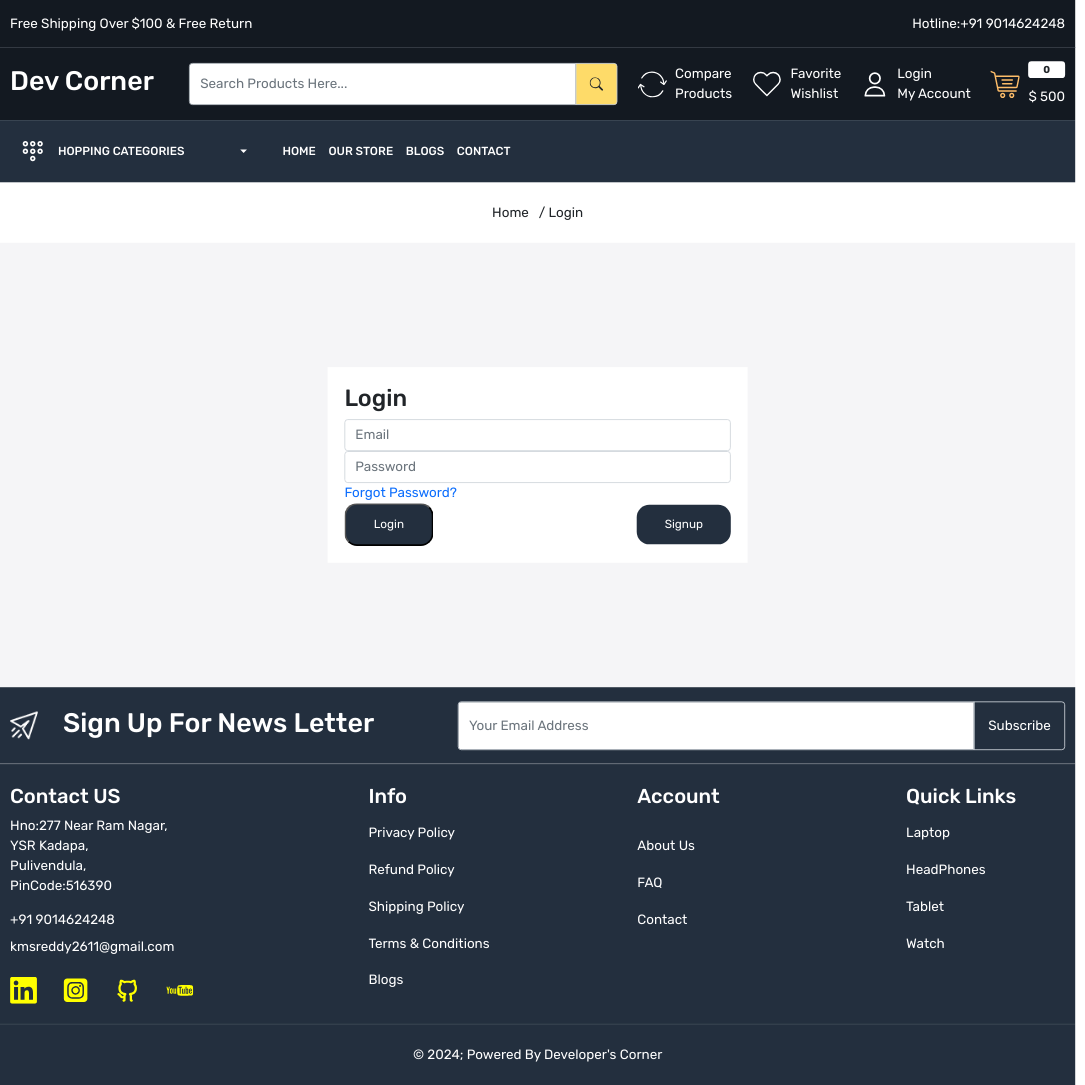
Repository: maniheist/ecommerce-app
Page: /login
The author's editor kept a copy of each file at every save. The page is drawn from the files as they stood at one save, then again after the next save.
The browser window is 1280 px wide. The page is 1292 px wide, so the pictures cover 1292 px, including what lies to the right of the window. The pictures show the whole page, at 84% of full size.
The project was rebuilt for these pictures with package versions that can differ from the ones it lists, and the page was loaded fresh each time. Also part of the build but not shown: src/components/BlogCard.js, src/components/ProductCard.js, src/components/SpecialProduct.js, src/pages/Home.js, src/pages/About.js, src/pages/Contact.js, src/components/Color.js, src/pages/OurStore.js and 3 more.

Above is the page before, as saved 2024-02-20 15:15:54.

### public/index.html
<!DOCTYPE html>
<html lang="en">
  <head>
    <meta charset="utf-8" />
    <link rel="icon" href="%PUBLIC_URL%/favicon.ico" />
    <meta name="viewport" content="width=device-width, initial-scale=1" />
    <meta name="theme-color" content="#000000" />
    <meta
      name="description"
      content="Web site created using create-react-app"
    />
    <link rel="apple-touch-icon" href="%PUBLIC_URL%/logo192.png" />

    <link rel="preconnect" href="https://fonts.googleapis.com" />
    <link rel="preconnect" href="https://fonts.gstatic.com" crossorigin />
    <link
      href="https://fonts.googleapis.com/css2?family=Rubik:ital,wght@0,300..900;1,300..900&display=swap"
      rel="stylesheet"
    />
    <link
      href="https://cdn.jsdelivr.net/npm/bootstrap@5.0.2/dist/css/bootstrap.min.css"
      rel="stylesheet"
      integrity="sha384-EVSTQN3/azprG1Anm3QDgpJLIm9Nao0Yz1ztcQTwFspd3yD65VohhpuuCOmLASjC"
      crossorigin="anonymous"
    />
    <link rel="manifest" href="%PUBLIC_URL%/manifest.json" />

    <title>React Redux App</title>
  </head>
  <body>
    <noscript>You need to enable JavaScript to run this app.</noscript>
    <div id="root"></div>
    <script
      src="https://cdn.jsdelivr.net/npm/bootstrap@5.0.2/dist/js/bootstrap.bundle.min.js"
      integrity="sha384-MrcW6ZMFYlzcLA8Nl+NtUVF0sA7MsXsP1UyJoMp4YLEuNSfAP+JcXn/tWtIaxVXM"
      crossorigin="anonymous"
    ></script>
  </body>
</html>

### src/index.js
import React from 'react';
import { createRoot } from 'react-dom/client';

import App from './App';

const container = document.getElementById('root');
const root = createRoot(container);

root.render(

      <App />

);

### src/App.js
import React from 'react';
import './App.css';
import {BrowserRouter,Routes,Route} from "react-router-dom";
import Layout from "./components/Layout";
import Home from "./pages/Home"
import About from "./pages/About"
import Contact from "./pages/Contact"
import OurStore from './pages/OurStore';
import Blog from "./pages/Blog";
import CompareProduct from './pages/CompareProduct';
import Wishlist from './pages/Wishlist';
import Login from './pages/Login';
function App() {
  return (
    <>
      <BrowserRouter>
        <Routes>
        <Route path="/" element={<Layout />}>
<Route index element={<Home />} />
<Route path="about" element={<About />}/>
<Route path="contact" element={<Contact />}/>
<Route path="store" element={<OurStore />}/>
<Route path="blogs" element={<Blog />}/>
<Route path="compare-product" element={<CompareProduct />}/>
<Route path="wishlist" element={<Wishlist />}/>
<Route path="login" element={<Login />}/>


        </Route>

        </Routes>
      </BrowserRouter>
    </>

  );
}

export default App;

### src/App.css
*{
  margin:0;
  padding:0;
  box-sizing:border-box;
}
:root{
  --color-131921:#131921;
  --color-3b4149:#3b4149;
--color-febd69:#fedb69;
--color-232f3e:#232f3e;
--color-bf4800:#bf4800;
--color-f5f5f7:#f5f5f7;
--color-ededed:#ededed;
--color-777777:#777777;
--color-1c1b1b:#1c1b1b;
--color-f2f2f2:#f2f2f2;
}

.section-heading{
  font-size: 26px;
  line-height: 32px;
  font-weight: 500;
  margin-bottom: 30px;

}
.card-wrapper{
  background-color: white;
  box-shadow: 0 0 10px #0000001a;
  padding: 15px;
}

.button{
  background-color:var(--color-232f3e) ;
  color: white;
  padding: 13px 33px;
  font-size: 14px;
  border-radius: 15px;
}
.button:hover{
  background-color: var(--color-febd69);
  color:#131921
}
body {
  font-family:"Rubik", sans-serif;
}
a {
  text-decoration:none;
  display:inline-block;
}

.form-control:focus{
  box-shadow:none;
  border-color: inherit;
}

/*header part*/
.header-top-strip{
  border-bottom: 1px solid var(--color-3b4149);
  background-color:var(--color-131921) ;
}

.header-upper{
  background-color: var(--color-131921);
}

.header-bottom{
  background-color: var(--color-232f3e);
}

.header-upper .input-group-text{
  background-color: var(--color-febd69);
}

.header-upper.header-upper-links img{
  width:35px;
  height: 35px;
}

.gap-10{
  gap: 10px;
}


.gap-15{
  gap: 15px;
}

.gap-30{
  gap: 30px;
}
.header-bottom .menu-links a,
.header-bottom .dropdown button
{
  color: white;
  font-size: 14px;
  line-height: 18px;
  font-weight: 480;
  letter-spacing:0.3;
  text-transform: uppercase;
}

.header-bottom .dropdown button:focus{
  box-shadow: none;
}

.header-bottom .dropdown-menu{
  background-color: var(--color-131921);
  width:100%;
  transform: translate3d(0px,57px,0px) !important;
}

.header-bottom .dropdown-item{
  padding:20px;
  margin-bottom: 3px;
  border-bottom: 1px solid var(--color-3b4149)
  ;

}
.header-bottom .dropdown-item:hover{
  background-color: transparent;
  color: var(--color-febd69) !important;
}
/*header part end */


/*footer part  */

footer{
  background-color: var(--color-232f3e);
}



footer:not(:first-child){
  border-top:1px solid rgba(255,255,255,0.1);

}

footer .input-group-text{
  background-color: var(--color-232f3e);
  color:white;
  padding:8px 17px;
}
/* footer part end */

/*Home page*/

.main-banner-content{
  top:15%;
  left:5%;
}

.main-banner-content h4{

  font-size: 19px;
  font-weight: 400;
  line-height: 24px;
  color:var(--color-bf4800);
  margin: 0 0 12px;
  letter-spacing: 0.3px;
  text-transform: uppercase;

}

.main-banner-content h5{
  font-size: 52px;
  font-weight: 500;
  line-height: 64px;
  letter-spacing: -2px;
  text-transform: none;

}

.main-banner-content p{
  font-size: 18px;
  line-height: 28px;
  letter-spacing: 0.4px;
  font-weight: 100;
  color: var(--color-131921);
}


.small-banner-content{
  top:25%;
  left:10%;
}

.small-banner-content h4{

  font-size: 21px;
  font-weight: 400;
  line-height: 24px;
  color:var(--color-bf4800);
  margin: 0 0 12px;
  letter-spacing: 0.3px;
  text-transform: uppercase;
}
.small-banner-content h5{
  font-size: 33px;
  font-weight: 500;
  line-height: 34px;
  letter-spacing: -2px;
  text-transform: none;

}

.small-banner-content p{
  font-size: 18px;
  line-height: 28px;
  letter-spacing: 0.4px;
  font-weight: 100;
  color: var(--color-131921);
}

.small-banner{
  width: 49%;

}


/* Home wrapper 2 */

.home-wrapper-2{
  background-color: var(--color-f5f5f7);

}

/* Home wrapper 2 ends */

/* categories section */

.categories{
  background-color: white;
  box-shadow: 0 0 10px #0000001a;
  padding: 15px;
}

.categories > div{
  width:25%;
  padding: 10px 10px 10px 20px;
}

.categories > div:nth-child(1),
.categories > div:nth-child(2),
.categories > div:nth-child(3),
.categories > div:nth-child(4){
  border-bottom: 1px solid var(--color-ededed) ;
}

.categories>div>div{
  width:60%
}

.categories > div:nth-child(1),
.categories > div:nth-child(2),
.categories > div:nth-child(3){
  border-right: 1px solid var(--color-ededed) ;
}

.categories > div:nth-child(5),
.categories > div:nth-child(6),
.categories > div:nth-child(7){
  border-right: 1px solid var(--color-ededed) ;
}
/* categories end */

/* Home Page End */


/* Blogcard */

.blog-card{
  background-color: white;
  padding:20px;
  border-radius:10px;
}

.blog-card img{
  border-top-left-radius:10px;
  border-top-right-radius:10px;
}

.blog-content{
  padding: 15px;

}

.blog-contentp.date{
  font-size: 13px;
  line-height: 24px;
  text-transform: uppercase;
  letter-spacing: 0;
  font-weight: 400;
  color: var(--color-777777);
  padding: 0;

}

.blog-content h5{
  font-size: 18px;
  color: var(--color-131921);
}


.blog-content p.desc{
  font-size: 13px;
  line-height: 22px;
  color: var(--color-777777);
}
/*Blogcard ends*/


/* product card */

.product-card{
  padding: 15px;
  background-color: white;
  border-radius: 13px;
overflow:hidden;
width: 100%;
}

.product-card .product-image{
  height: 270px;
}

.product-card .product-image img{
  object-fit: contain;
}
.product-card .product-image> img:last-child{
  display: none;
}
.product-card:hover .product-image > img:nth-child(1){
display: none;

}
.product-card:hover .product-image>img:last-child{
  display: block;


}



.product-card:hover .action-bar{
  right: 15px;

}
.product-card .product-details h6 {
  color:var(--color-bf4800);
  font-size: 13px;



}


.product-card .product-details h5{
  font-size: 15px;
  color: var(--color-1c1b1b);
}

.product-card.product-details p.price{
  font-size: 16px;
  color: var(--color-1c1b1b);
}

.product-card p.description{
  font-size: 13px;
  color: var(--color-777777);
  margin-right: 20px;
}

.action-bar{
  top: 10%;
  right:-23px;
  transition: 0.3s;
}


.wishlist-icon{
  top: 2%;
  right:15px;

}
/* product card ends */

/* special product */

.special-product-card{
  padding:20px 10px;
  border-radius: 10px;
  background-color: white;
}

.special-product-card .badge{
  background-color:#eb353b !important;
}


/* special product ends */

/* famous start */

.famous-card .famous-content{
  top: 10%;
  left: 5%;

}

.famous-card img{
  border-radius: 10px;
}

.famous-content h5{
  font-size: 13px;
  line-height: 20px;
  font-weight: 400px;
  color: white;
  margin-bottom: 7px;
  text-transform: uppercase;

}
.famous-content h6{
  font-size: 24px;
  line-height: 38px;
  font-weight: 500;
  color: white;
}
.famous-content p{
  font-size: 16px;
  line-height: 24px;
  color: white;
  font-weight: 100;
}

/* famous ends */

/* Our Store Start */

.filter-card{
  background-color: white;
  border-radius: 10px;
  padding: 15px 15px 25px;
}

.filter-title{
  font-size: 16px;
  line-height: 20px;
  font-weight: 600;
  color: var(--color-1c1b1b);
  margin-bottom: 20px;
}

.filter-card ul,
.filter-card .form-check-label {
  list-style-type:none;
  font-size: 13px;
  line-height: 30px;
  color: var(--color-777777);
  cursor: pointer;
}

.filter-card .form-check-input:focus{
  box-shadow: none;
  border-color: rgba(0,0,0,0.25);
}
.filter-card .form-check-input:checked{
background-color: var(--color-febd69);
  border-color: var(--color-febd69);

}
.sub-title{
  font-size: 40px;
  font-weight: 600;
  color: var(--color-1c1b1b);
  margin-bottom: 15px;
  margin-top: 20px;
}

.colors{
  list-style-type: none;
  display: flex;
  flex-wrap: wrap;
  gap: 10px;
}
.colors .one{
  width: 20px;
  height: 20px;
  background-color: red;
  border-radius: 50%;
}
.colors .two{
  width: 20px;
  height: 20px;
  background-color: blue;
  border-radius: 50%;
}
.colors  .three{
  width: 20px;
  height: 20px;
  background-color: yellow;
  border-radius: 50%;
}
.colors  .four{
  width: 20px;
  height: 20px;
  background-color: pink;
  border-radius: 50%;
}
.colors  .five{
  width: 20px;
  height: 20px;
  background-color: black;
  border-radius: 50%;
}
.colors  .six{
  width: 20px;
  height: 20px;
  background-color: brown;
  border-radius: 50%;
}

.colors  .seven{
  width: 20px;
  height: 20px;
  background-color:chocolate;
  border-radius: 50%;
}

.random-products h5{
font-size: 14px;
margin-bottom: 8px;
}

.random-products:first-child{
  border-bottom: 1px solid var(--color-ededed);
}

.filter-sort-grid{
  padding: 10px;
  background-color: white;
  border-radius: 10px;
}

.grid img{
  width: 35px;
  height: 35px;
  background-color: var(--color-f2f2f2);
  padding: 8px;
  border-radius: 3px;
  cursor: pointer;
}
.grid img:hover{
  background-color:burlywood;
}

.g-12{
  width: 100%;

}
.gr-6{
  width: 49%;
}
.gr-4{
  width: 32%;
}
.gr-3{
  width: 24%;

}

.gr-12 .product-card{
  display: flex;
  gap:20px;
}
.gr-6 .product-image{
  width: 100%;
}
.gr-6 .product-image img{
  margin: auto;
  display: block;
}
.gr-12 .product-card .product-image{
  width: 270px;
}

.gr-12 .product-card .product-image{
  height: auto;
}
.gr-12 .action-bar{top: 17%;}


/* Our store ends */


/* contact us starts*/

.contact-inner-wrapper{
  padding:30px 20px;
  border-radius: 15px;
  background-color: white;
  gap:15px;
}
.contact-inner-wrapper>div{
  width: 48%;
}

.contact-title{
  font-size: 26px;
  font-weight: 500;
  line-height: 35px;
  text-align: left;

}

.contact-inner-wrapper form .form-control{
  background-color: var(--color-f5f5f7);
  border-radius: 10px;
  border-color: transparent;
  padding: 10px;
}

.contact-inner-wrapper ul{
  list-style: none;
}

.contact-inner-wrapper address,.contact-inner-wrapper a,.contact-inner-wrapper p{
  color: var(--color-777777);
}

/* contact us ends */

/* compare products */

.compare-product-card {
  padding: 20px 15px;
  background-color: white;
  border-radius: 10px;

}

.compare-product-card .cross ,.wishlist-card .cross{
  top: 15px;
  right: 15px;
  width: 25px;
  padding: 3px;
cursor: pointer;
}

.compare-product-details h5.title, .wishlist-card h5.title{
  font-size: 15px;
  line-height: 22px;
  font-weight: 500;
  color: var(--color-1c1b1b);
}

.compare-product-details h6.price, .wishlist-card h6.price{
font-size: 15px;
line-height: 22px;
font-weight: 400;
}

.compare-product-card .product-detail{
  display: flex;
  justify-content: space-between;
  align-items: center;
  padding: 10px 0px;
  border-top: 1px solid rgba(0,0,0,0.1);
}




/* compare products ends */


/* login starts */

.auth-card{
  padding: 20px;
  background-color: white;
  width: 500px;
  margin: 100px auto;
}






/*login ends */

### src/components/Layout.js
import React from 'react'
import {Outlet} from "react-router-dom";
import Header from "./Header";
import Footer from "./Footer";
const Layout = () => {
  return (
    <>
            <Header />
            <Outlet />
            <Footer />

    </>
  )
}

export default Layout

### src/pages/Login.js
import React from 'react'
import BreadCrumb from '../components/BreadCrumb';
import {Link} from 'react-router-dom';
import Meta from '../components/Meta';
const Login = () => {
  return <>
  <Meta title={"Login"}></Meta>
    <BreadCrumb title='Login'/>
    <div className='login-wrapper py-5 home-wrapper-2'>
        <div className='row'>
            <div className='col-12'>
                <div className='auth-card'>
                    <h3>Login</h3>
                    <form type="">
                        <div><input type='email' name='email' placeholder='Email'  className='form-control'></input></div>
                        <div><input type='password' name='password' placeholder='Password' className='form-control'></input></div>
                        <div>
                            <Link to='/forgot-password'>Forgot Password?</Link>
                            <div className='d-flex justify-content-between align-items-center gap-15'>
                                <button className='button'>Login</button>
                                <Link to='/signup' className='button border-0'>Signup</Link>
                            </div>
                        </div>

                    </form>
                </div>
            </div>
        </div>
    </div>


  </>
}

export default Login

### src/components/Header.js
import React from 'react'
import {NavLink,Link} from "react-router-dom"
import {BsSearch} from "react-icons/bs"
const Header = () => {
  return <>
  <header className='header-top-strip py-3'>
    <div className='container-xxl'>
      <div className='row'>
        <div className='col-6'>
          <p className='text-white mb-0'>Free Shipping Over $100 & Free Return</p>
        </div>
        <div className='col-6'>
          <p className='text-end text-white mb-0'>
            Hotline:
            <a className='text-white' href='tel:+9014624248'>+91 9014624248</a>
          </p>
        </div>
      </div>
    </div>
  </header>
  <header className='header-upper py-3'>
    <div className='container-xxl'>
      <div className='row align-items-center'>
        <div className='col-2'>
          <h2><Link className='text-white'>
            Dev Corner
          </Link></h2>
        </div>
        <div className='col-5'>
          <div className="input-group">
  <input type="text" className="form-control py-2" placeholder="Search Products Here..." aria-label="Search Products Here..." aria-describedby="basic-addon2"/>
  <span className="input-group-text p-3" id="basic-addon2"><BsSearch className='fs-6' /></span>
</div>
        </div>
        <div className='col-5'>
          <div className='header-upper-links d-flex align-items-center justify-content-between'>
            <div>
              <Link to='/compare-product' className='d-flex align-items-center gap-10 text-white'>
              <img src="/images/compare.svg" alt='compare' />
                <p className='mb-0'>Compare <br /> Products</p>
              </Link>
            </div>
            <div>
              <Link to="/wishlist" className='d-flex align-items-center gap-10 text-white'>
              <img src="/images/wishlist.svg" alt='wishlist' />
                <p className='mb-0'>Favorite <br /> Wishlist</p>
              </Link>
            </div>
            <div>
              <Link to="/login" className='d-flex align-items-center gap-10 text-white'>
              <img src="/images/user.svg" alt='user' />
                <p className='mb-0'>Login <br /> My Account</p>
              </Link>
            </div>
            <div>
              <Link to="/cart" className='d-flex align-items-center gap-10 text-white'>
            <img src="/images/cart.svg" alt='cart' />
                <div className='d-flex flex-column gap-10'>
                <span className='badge bg-white text-dark'>0</span>
                <p className='mb-0'>$ 500</p>

                </div>
              </Link>
            </div>
          </div>
        </div>
      </div>
    </div>
  </header>
<header className='header-bottom py-3'>
  <div className='container-xxl'>
    <div className='row'>
      <div className='col-12'>
        <div className='menu-bottom d-flex align-items-center gap-30'>
        <div>
          <div className="dropdown">
  <button className="btn btn-secondary dropdown-toggle bg-transparent border-0 gap-15 d-flex align-items-center" type="button" id="dropdownMenuButton1" data-bs-toggle="dropdown" aria-expanded="false">
    <img src="images/menu.svg" alt=""/><span className='me-5 d-inline-blocto'>hopping Categories</span>
  </button>
  <ul className="dropdown-menu" aria-labelledby="dropdownMenuButton1">
    <li><to className="dropdown-item text-white" to="">Pants</to></li>
    <li><to className="dropdown-item text-white" to="">Shirts</to></li>
    <li><to className="dropdown-item text-white" to="">Shorts</to></li>
  </ul>
</div>
        </div>
        <div className='menu-links'>
          <div className='d-flex align-items-center gap-15'>
            <NavLink className='text-white' to="/">Home</NavLink>
            <NavLink className='text-white' to="/store">Our Store</NavLink>
            <NavLink className='text-white' to="/blogs">Blogs</NavLink>
            <NavLink className='text-white' to="/contact">Contact</NavLink>
          </div>
        </div>

        </div>
      </div>
    </div>
  </div>
</header>


  </>
}

export default Header

### src/components/BreadCrumb.js
import React from 'react'
import {Link} from 'react-router-dom';
const BreadCrumb = (props) => {
    const {title}=props;
  return (
    <div className='breadcrumb mb-0 py-4'>
      <div className='container-xxl'>
        <div className='row'>
            <div className='col-12'>
                <p className='text-center mb-0'><Link to='/' className='text-dark'>Home &nbsp; </Link> / {title}</p>
            </div>
        </div>
      </div>
    </div>
  )
}

export default BreadCrumb

### src/components/Meta.js

import React from 'react'
import {Helmet} from "react-helmet";

const Meta = (props) => {
  return (
    <Helmet>
                <meta charSet="utf-8" />
                <title>{props.title}</title>
            </Helmet>
  )
}

export default Meta

Loaded but not shown: src/components/Footer.js (104 lines, source omitted)

After the next save:
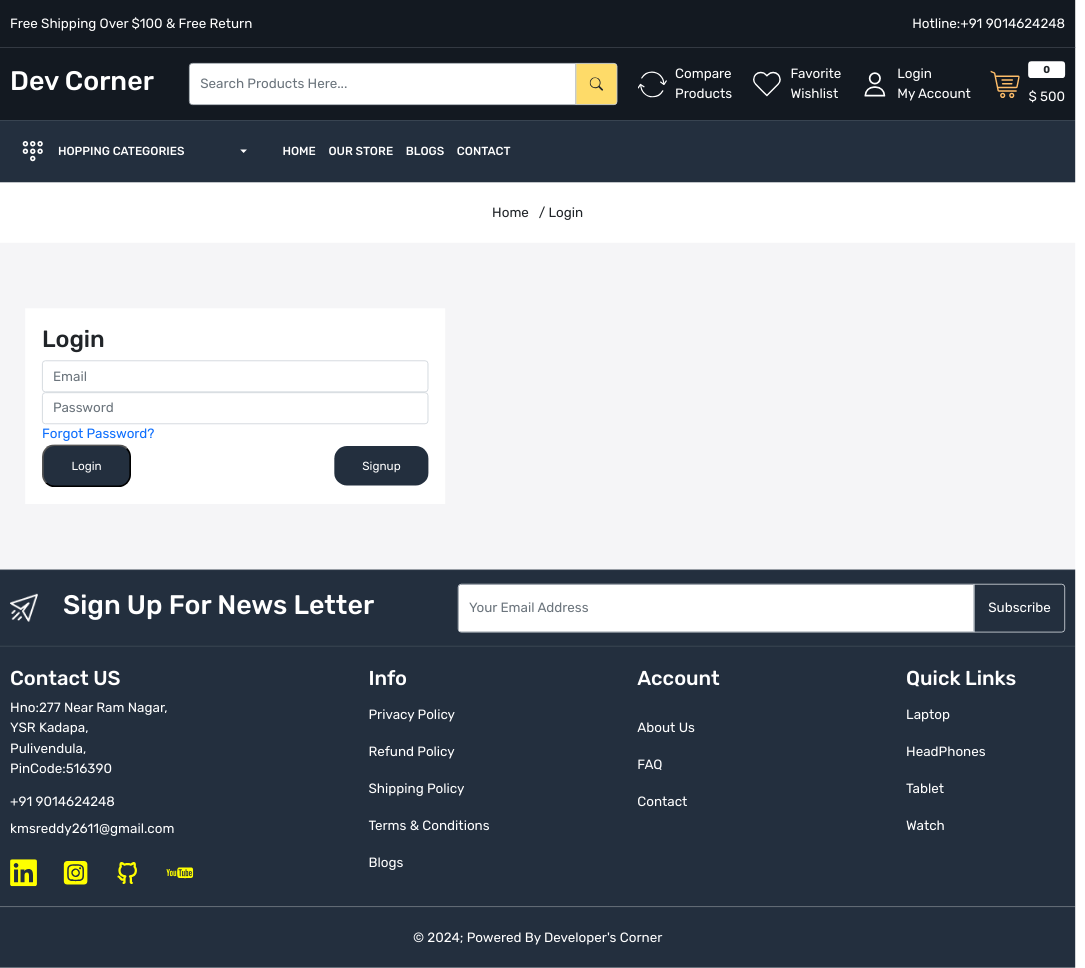
Saved 15 s later.
--- a/src/App.css
+++ b/src/App.css
@@ -681,7 +681,7 @@
   padding: 20px;
   background-color: white;
   width: 500px;
-  margin: 100px auto;
+  margin: 30px;
 }
 
 
